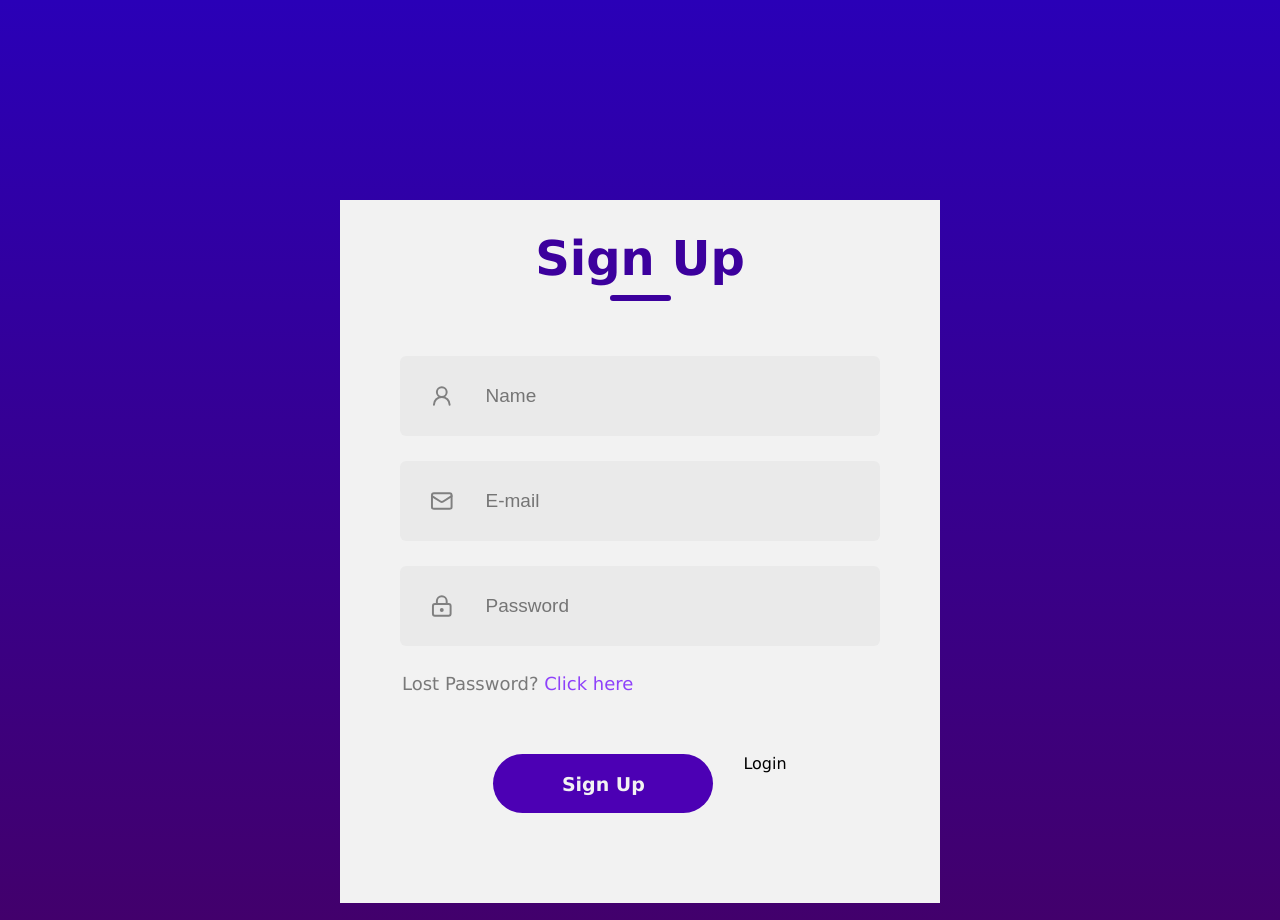
Repository: guilhermecardoso93/login-page
Page: /
An editor plug-in stored every save of this project. The page is shown before and after the next save, followed by the edit.
The browser window is 1280 px wide. The pictures show the whole page.
The project was rebuilt for these pictures with package versions that can differ from the ones it lists, and the page was loaded fresh each time. Also part of the build but not shown: vite.config.js.

Above is the page before, as saved 2024-10-22 19:35:15.

### index.html
<!doctype html>
<html lang="en">
  <head>
    <meta charset="UTF-8" />
    <link rel="icon" type="image/svg+xml" href="" />
    <meta name="viewport" content="width=device-width, initial-scale=1.0" />
    <title>Login | SignUp</title>
  </head>
  <body>
    <div id="root"></div>
    <script type="module" src="/src/main.jsx"></script>
  </body>
</html>

### src/App.jsx
import { Login } from "./components/Login/Login";

export default function App() {
  return (
    <>
      <Login />
    </>
  );
}

### src/index.css
body {
  margin: 0;
  font-family: 'Lucida Sans', 'Lucida Sans Regular', 'Lucida Grande', 'Lucida Sans Unicode', Geneva, Verdana, sans-serif;
  -webkit-font-smoothing: antialiased;
  -moz-osx-font-smoothing: grayscale;
  height: 100vh;
  background: linear-gradient(#2A00B7, #42006c);
}

code {
  font-family: source-code-pro, Menlo, Monaco, Consolas, "Courier New", monospace;
}

### src/components/Login/Login.jsx
import { UserRound, Mail, LockKeyhole } from "lucide-react";
import "./Login.css";

export const Login = () => {
  return (
    <div className="container">
      <header>
        <span>Sign Up</span>
        <div className="underline"></div>
      </header>{" "}
      <div className="inputs">
        <div className="input">
          <UserRound color="gray" size={24} className="icon" />
          <input type="text" placeholder="Name"/>
        </div>

        <div className="input">
          <Mail color="gray" size={24} className="icon" />
          <input type="email" placeholder="E-mail" />
        </div>

        <div className="input">
          <LockKeyhole color="gray" size={24} className="icon" />
          <input type="password" placeholder="Password" />
        </div>
      </div>
      <div className="forgot-password">
        Lost Password? <span>Click here</span>
      </div>
      <div className="submit-container">
        <div className="submit">Sign Up</div>
        <div className="login">Login</div>
      </div>
    </div>
  );
};

### src/components/Login/Login.css
.container {
  display: flex;
  flex-direction: column;
  margin: auto;
  margin-top: 200px;
  width: 600px;
  padding-bottom: 30px;
  background: #f2f2f2;
}

header {
  display: flex;
  flex-direction: column;
  align-items: center;
  gap: 9px;
  width: 100%;
  margin-top: 30px;
}

header span {
  color: #3c009d;
  font-size: 48px;
  font-weight: 700;
}

.underline {
  width: 61px;
  height: 6px;
  background-color: #3c009d;
  border-radius: 9px;
}

.inputs {
  margin-top: 55px;
  display: flex;
  flex-direction: column;
  gap: 25px;
}

.input {
  display: flex;
  align-items: center;
  justify-content: center;
  margin: auto;
  width: 480px;
  height: 80px;
  background-color: #eaeaea;
  border-radius: 6px;
}

.input .icon {
  margin: 0px 30px;
}

.input input {
  height: 50px;
  width: 400px;
  background: transparent;
  border: none;
  outline: none;
  color: #797979;
  font-size: 19px;
}

.forgot-password {
  padding-left: 62px;
  margin-top: 27px;
  color: #797979;
  font-size: 18px;
}

.forgot-password span {
  color: #8e41fa;
  cursor: pointer;
}

.forgot-password span:hover {
  color: #3c009d;
}

.submit-container {
  display: flex;
  gap: 30px;
  margin: 60px auto;
}

.submit {
  display: flex;
  justify-content: center;
  align-items: center;
  width: 220px;
  height: 59px;
  color: #f2f2f2;
  background-color: #4c00b4;
  border-radius: 50px;
    font-size: 19px;
  font-weight: 700;
  cursor: pointer;
}

Loaded but not shown: src/main.jsx (common file)

After the next save:
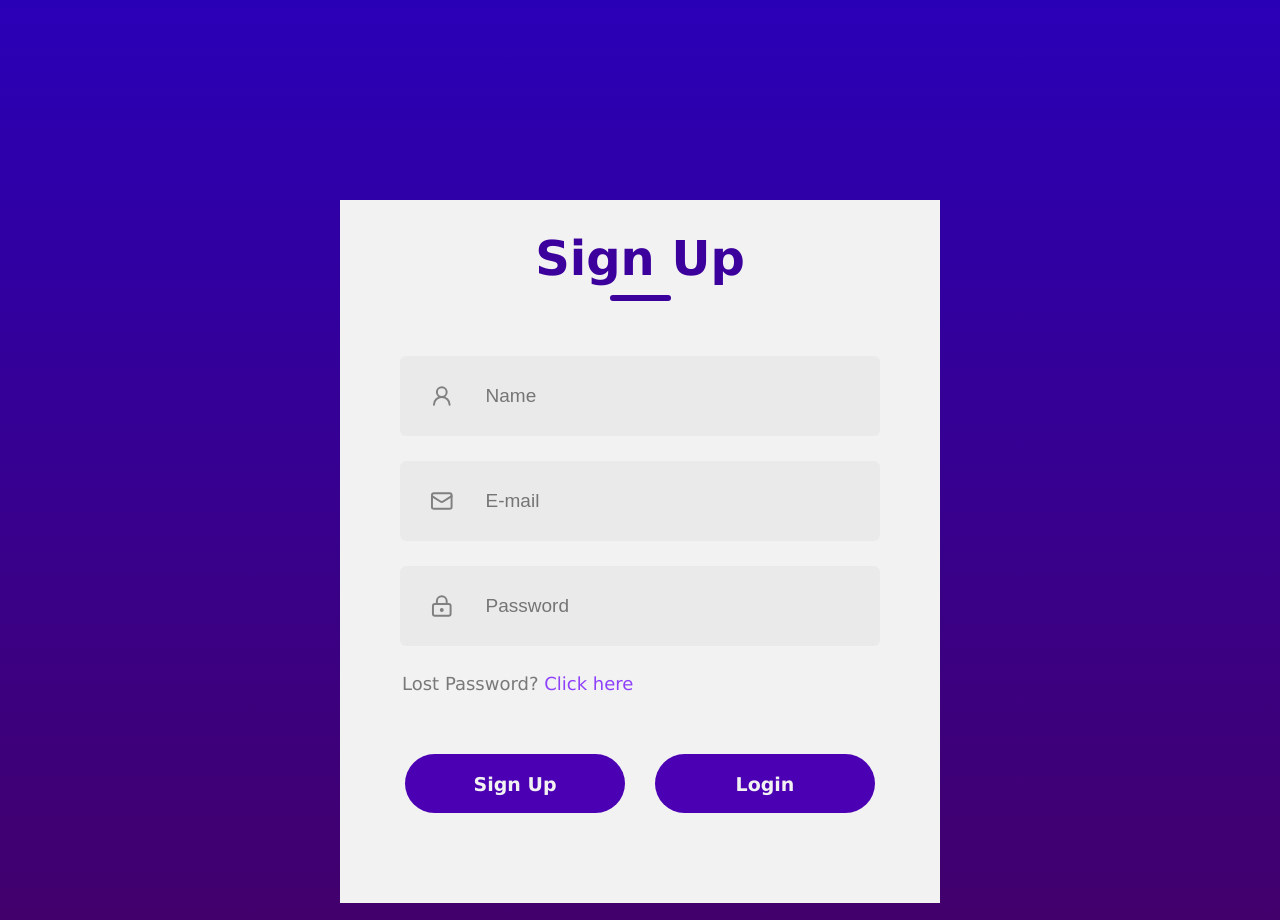
Saved 17 s later.
--- a/src/components/Login/Login.css
+++ b/src/components/Login/Login.css
@@ -84,7 +84,7 @@ header span {
   margin: 60px auto;
 }
 
-.submit {
+.submit, .login {
   display: flex;
   justify-content: center;
   align-items: center;
@@ -93,7 +93,7 @@ header span {
   color: #f2f2f2;
   background-color: #4c00b4;
   border-radius: 50px;
-    font-size: 19px;
+  font-size: 19px;
   font-weight: 700;
   cursor: pointer;
 }
